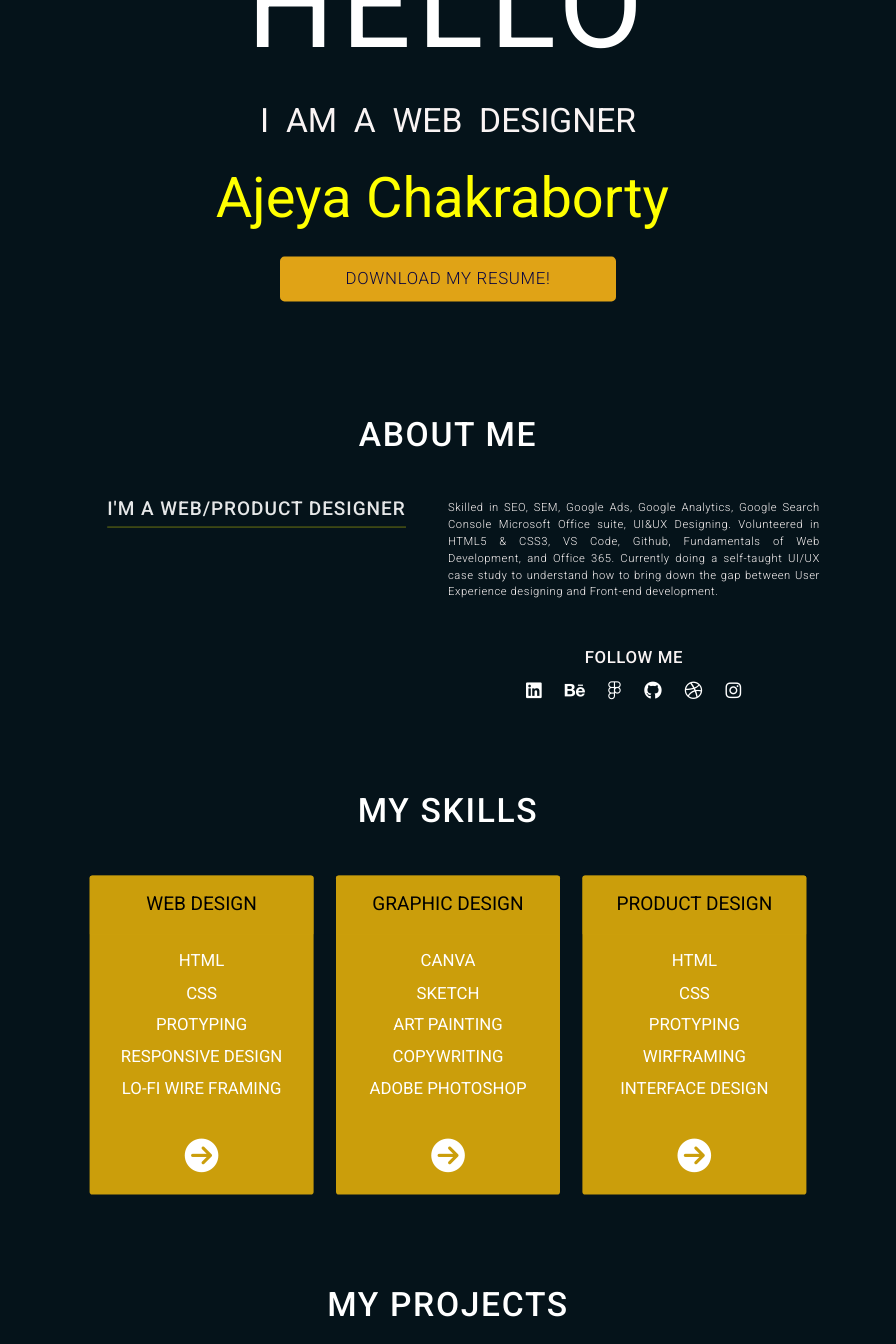
Repository: ajeyamajumder/Ajeya-Web-Portfolio-Design
Page: index.html
These files come from the project's save history. The page is drawn as it stood at one moment and after the next save; the edit follows.
The browser window is 1280 px wide. The pictures show the part of the page from y = 421 to 2341 px (the page is 4349 px tall before and 3751 px after), at 70% of full size.
Some web fonts or font styles are not loaded; a fallback is used. Some web libraries are served in a nearby version.

Above is the page before, as saved 2023-03-12 21:06:03.

After the next save:
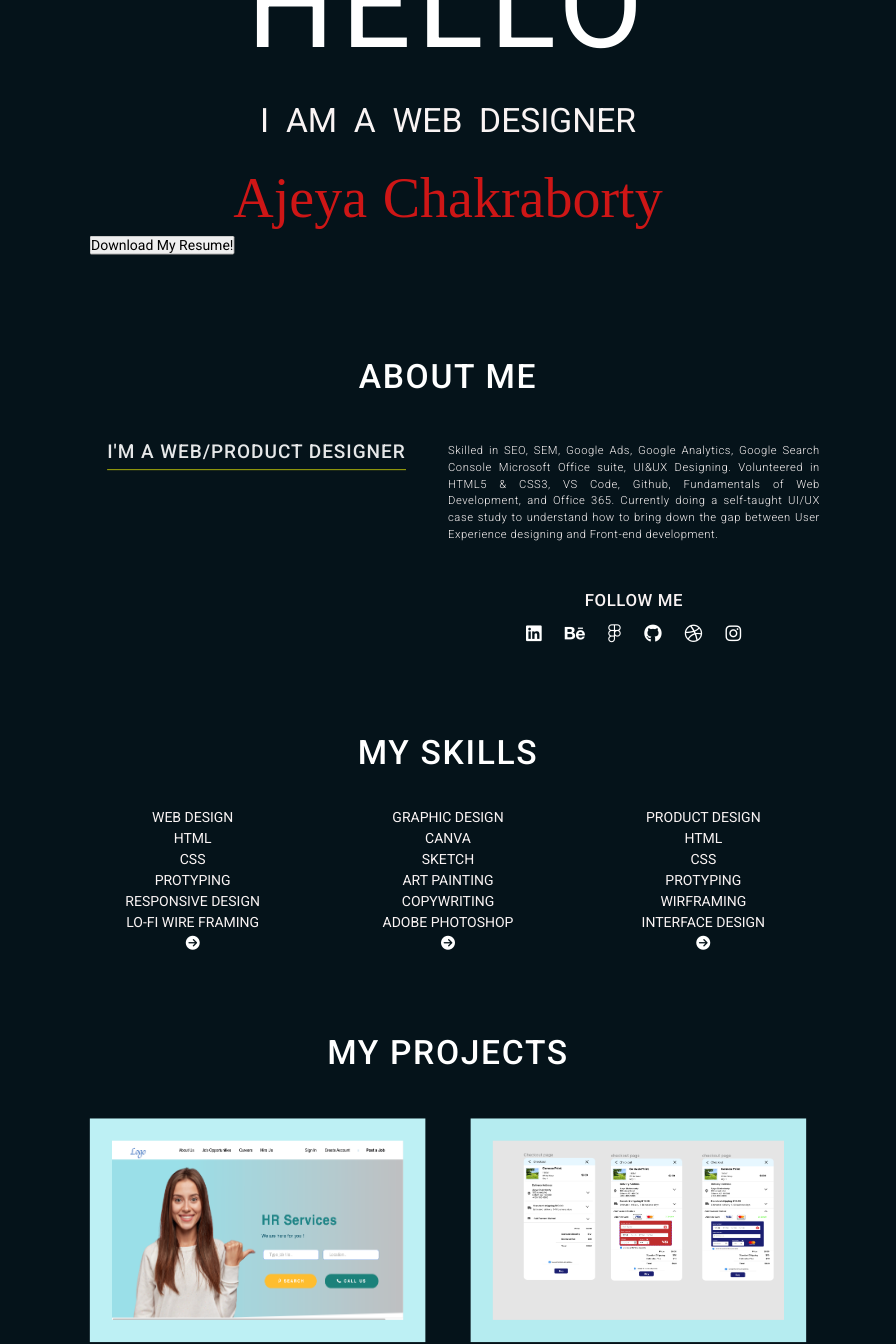
Saved 33 s later.
--- a/css /style.css
+++ b/css /style.css
@@ -334,7 +334,8 @@
 }
 
 @media screen and (min-width: 768px) {}
-
+@media screen and (min-width: 1024px) {
+    .grid--1x2 {
 /* button */
 .button {
   display: flex;
